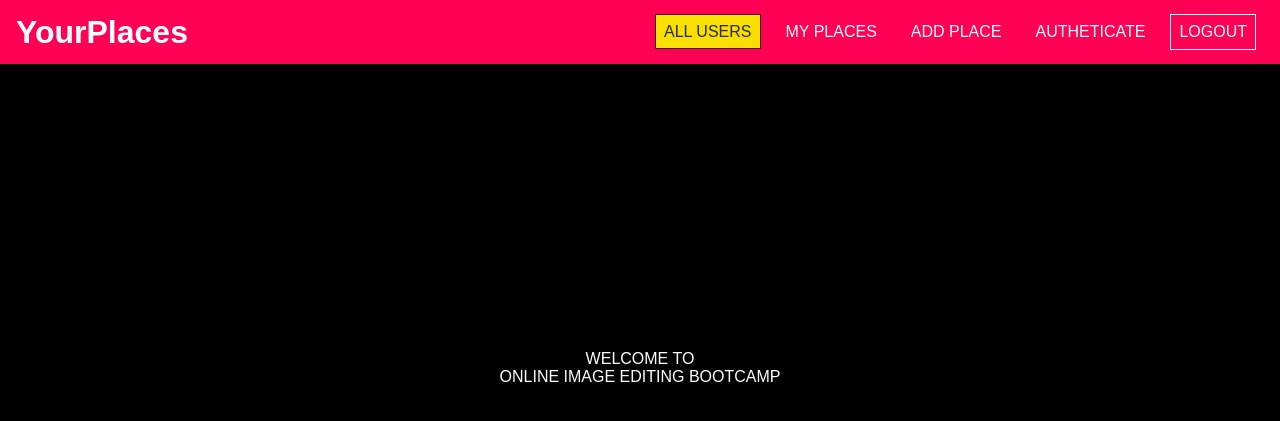
Repository: TanviSanyal/ImageEditingBootcamp
Page: /
The author's editor kept a copy of each file at every save. The page is drawn from the files as they stood at one save, then again after the next save.
The browser window is 1280 px wide. The pictures show the whole page.
The project was rebuilt for these pictures with package versions that can differ from the ones it lists, and the page was loaded fresh each time. Also part of the build but not shown: src/shared/components/navigation/SideDrawer.css, src/shared/components/UIElements/Backdrop.css, src/shared/components/UIElements/Backdrop.js.

Above is the page before, as saved 2020-09-26 22:49:10.

After the next save:
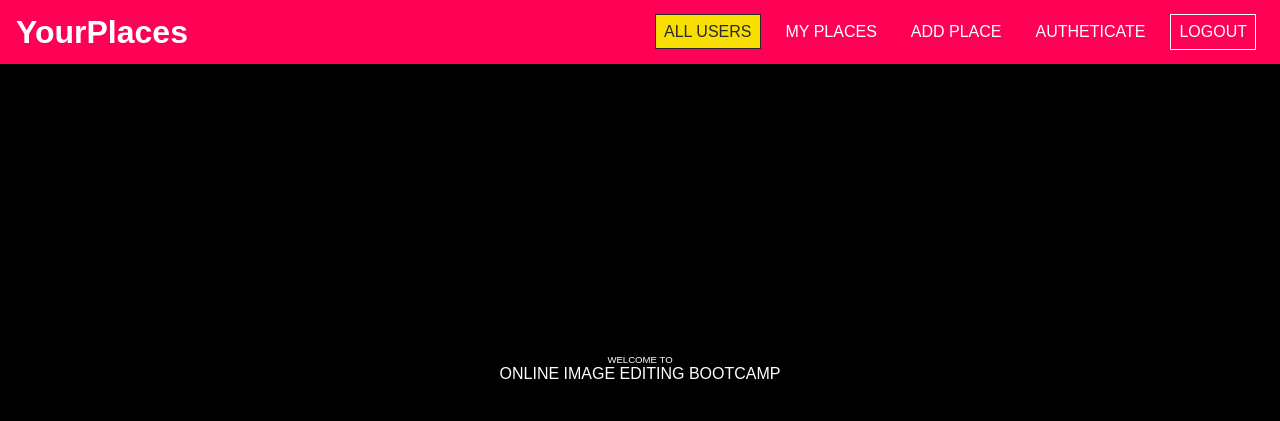
Saved 6 s later.
--- a/src/App.js
+++ b/src/App.js
@@ -31,8 +31,8 @@ const App = () => {
     <Router>
       <MainNavigation />
       <main className="main-body">
-        <span>welcome to</span>
-        <span> Online Image Editing Bootcamp</span>
+        <span className="text1">welcome to</span>
+        <span className="text2"> Online Image Editing Bootcamp</span>
       </main>
     </Router>
   );
